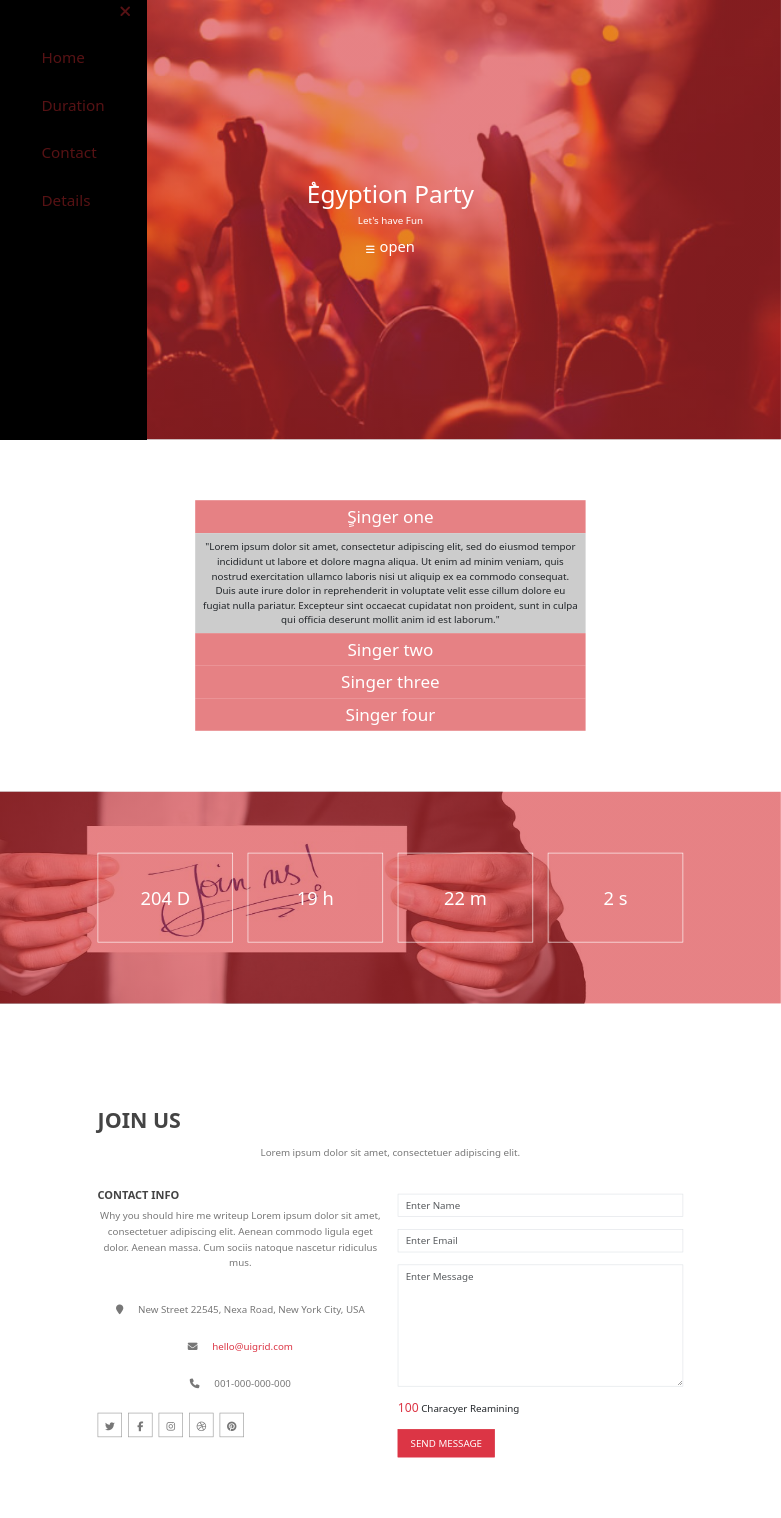
Repository: HagarYousry/jQuery
Page: index.html
An editor plug-in stored every save of this project. The page is shown before and after a run of saves, followed by the edit.
The browser window is 1280 px wide. The pictures show the whole page, at 61% of full size.
The pointer rests on the first visible `#sideNav`.

Above is the page before, as saved 2024-07-25 19:19:07.

### index.html
<!DOCTYPE html>
<html lang="en">

<head>
    <meta charset="UTF-8">
    <meta name="viewport" content="width=device-width, initial-scale=1.0">
    <title>Egyption party</title>
    <!-- web fonts  -->
    <link rel="stylesheet" href="css/all.min.css">
    <!-- bootstrap -->
    <link rel="stylesheet" href="css/bootstrap.min.css">
    <!-- main css -->
    <link rel="stylesheet" href="css/main.css">
</head>

<body>
    <div id="home">

            <div id="sideNav" class="bg-black p-5">
                    <a class="p-0 closeIcon">
                        <i class="fa-solid fa-xmark "></i>
                    </a>
                     <a class="sideNav-link mt-2" href="#home">Home</a>
                     <a class="sideNav-link" href="#Acordion">Duration</a>
                     <a class="sideNav-link" href="#contact">Contact</a>
                     <a class="sideNav-link" href="#count">Details</a>
            </div>

            <div class="home-title d-flex justify-content-center align-items-center flex-column vh-100 text-white">
                <h1>ُEgyption Party</h1>
                <p>Let's have Fun</p>
                <span class="d-flex align-items-center">
                    <i class=" fa-solid fa-bars"></i>
                    <h4 class="ms-2">open</h4>
                </span>
            </div>


    </div>










    <!-- ! start sideNav section -->
    <!-- <section id="sideNav">
        <div class="navAnchor bg-black">
            <ul>
                <li class="p-0 closeIcon">
                    <i class="fa-solid fa-xmark "></i>
                </li>
                 <li ><a class="sideNav-link" href="#home">Home</a></li>
                 <li ><a class="sideNav-link" href="#Acordion">Duration</a></li>
                 <li ><a class="sideNav-link" href="#contact">Contact</a></li>
                 <li ><a class="sideNav-link" href="#count">Details</a></li>
            </ul>
        </div>

        <div class="navIcon align-self-center bg-danger bg-opacity-50 m-1 text-white p-2">
            <div class="navIcon-content d-flex align-items-center">
                <i class="fa-solid fa-bars"></i>
                <h4 class="ms-2">open</h4>
            </div>
        </div>
    </section> -->
    <!--! end sideNav section -->

    <!--! start header section  -->
    <!-- <header id="home" class="d-flex justify-content-center align-items-center flex-column">
        <div class="home-content text-center text-white">
            <h1>ُEgyption Party</h1>
            <p>Let's have Fun</p>
        </div>
    </header> -->
    <!--! end header section  -->

    <!-- start Acordion section  -->
    <section id="Acordion" class="text-center">

        <div class="container-fluid w-50 ">
            <h3 class="toggle ">ٍSinger one</h3>
            <div class="inner first">"Lorem ipsum dolor sit amet, consectetur adipiscing elit, sed do eiusmod tempor
                incididunt ut labore et dolore magna aliqua. Ut enim ad minim veniam, quis nostrud exercitation ullamco
                laboris nisi ut aliquip ex ea commodo consequat. Duis aute irure dolor in reprehenderit in voluptate
                velit
                esse cillum dolore eu fugiat nulla pariatur. Excepteur sint occaecat cupidatat non proident, sunt in
                culpa
                qui officia deserunt mollit anim id est laborum."
            </div>


            <h3 class="toggle">Singer two</h3>
            <div class="inner">"Sed ut perspiciatis unde omnis iste natus error sit voluptatem accusantium doloremque
                laudantium, totam rem aperiam, eaque ipsa quae ab illo inventore veritatis et quasi architecto beatae
                vitae
                dicta sunt explicabo. Nemo enim ipsam voluptatem quia voluptas sit aspernatur aut odit aut fugit, sed
                quia
                consequuntur magni dolores eos qui ratione voluptatem sequi nesciunt. Neque porro quisquam est, qui
                dolorem
                ipsum quia dolor sit amet, consectetur, adipisci velit, sed quia non numquam eius modi tempora incidunt
                ut
                labore et dolore magnam aliquam quaerat voluptatem. Ut enim ad minima veniam, quis nostrum
                exercitationem
                ullam corporis suscipit laboriosam, nisi ut aliquid ex ea commodi consequatur? Quis autem vel eum iure
                reprehenderit qui in ea voluptate velit esse quam nihil molestiae consequatur, vel illum qui dolorem eum
                fugiat quo voluptas nulla pariatur?"
            </div>


            <h3 class="toggle">Singer three</h3>
            <div class="inner">"But I must explain to you how all this mistaken idea of denouncing pleasure and praising
                pain was born and I will give you a complete account of the system, and expound the actual teachings of
                the
                great explorer of the truth, the master-builder of human happiness. No one rejects, dislikes, or avoids
                pleasure itself, because it is pleasure, but because those who do not know how to pursue pleasure
                rationally
                encounter consequences that are extremely painful. Nor again is there anyone who loves or pursues or
                desires
                to obtain pain of itself, because it is pain, but because occasionally circumstances occur in which toil
                and
                pain can procure him some great pleasure. To take a trivial example, which of us ever undertakes
                laborious
                physical exercise, except to obtain some advantage from it? But who has any right to find fault with a
                man
                who chooses to enjoy a pleasure that has no annoying consequences, or one who avoids a pain that
                produces no
                resultant pleasure?"
            </div>


            <h3 class="toggle">Singer four</h3>
            <div class="inner">"At vero eos et accusamus et iusto odio dignissimos ducimus qui blanditiis praesentium
                voluptatum deleniti atque corrupti quos dolores et quas molestias excepturi sint occaecati cupiditate
                non
                provident, similique sunt in culpa qui officia deserunt mollitia animi, id est laborum et dolorum fuga.
                Et
                harum quidem rerum facilis est et expedita distinctio. Nam libero tempore, cum soluta nobis est eligendi
                optio cumque nihil impedit quo minus id quod maxime placeat facere possimus, omnis voluptas assumenda
                est,
                omnis dolor repellendus. Temporibus autem quibusdam et aut officiis debitis aut rerum necessitatibus
                saepe
                eveniet ut et voluptates repudiandae sint et molestiae non recusandae. Itaque earum rerum hic tenetur a
                sapiente delectus, ut aut reiciendis voluptatibus maiores alias consequatur aut perferendis doloribus
                asperiores repellat."

            </div>

        </div>
    </section>
    <!-- end Acordion section  -->

    <!-- start count section  -->
    <section id="count">
        <div class="container-fluid w-75 text-center text-white">
            <div class="row">
                <div class="col-md-3">
                    <div class="time">
                        <span class="days">00</span>
                    </div>
                </div>

                <div class="col-md-3">
                    <div class="time">
                        <span class="hours">00</span>
                    </div>
                </div>

                <div class="col-md-3">
                    <div class="time">
                        <span class="minutes">00</span>
                    </div>
                </div>

                <div class="col-md-3">
                    <div class="time">
                        <span class="seconds">00</span>
                    </div>
                </div>

            </div>
        </div>
    </section>
    <!-- end count section  -->

    <!-- start contact-us section  -->
    <section id="contact">
        <div class="container-fluid w-75">
            <div class="head">
                <h2 class="text-uppercase fw-bold">Join Us</h2>
                <p class="text-center">Lorem ipsum dolor sit amet, consectetuer adipiscing elit.</p>
            </div>
            <div class="row mt-5">
                <div class="col-md-6">
                    <div class="col-info">
                        <h3 class="text-uppercase">CONTACT INFO</h3>
                        <p class="text-center">Why you should hire me writeup Lorem ipsum dolor sit amet, consectetuer
                            adipiscing elit.
                            Aenean commodo ligula eget dolor. Aenean massa. Cum sociis natoque nascetur ridiculus mus.
                        </p>

                        <div class="icons text-center">
                            <p><i class="fa fa-map-marker"></i> New Street 22545, Nexa Road, New York City, USA</p>

                            <p class="text-danger"><i class="fa fa-envelope"></i> hello@uigrid.com</p>
                            <p><i class="fa fa-phone"></i> 001-000-000-000</p>
                        </div>

                        <div class="social d-flex align-items-center">

                            <i class="fab fa-twitter fa-fw"></i>
                            <i class="fab fa-facebook-f fa-fw"></i>
                            <i class="fab fa-instagram fa-fw"></i>
                            <i class="fab fa-dribbble fa-fw"></i>
                            <i class="fab fa-pinterest fa-fw"></i>

                        </div>
                    </div>
                </div>

                <div class="col-md-6">
                    <form>

                        <input class="form-control mt-2" type="text" placeholder="Enter Name">
                        <input class="form-control" type="email" placeholder="Enter Email">
                        <textarea class="form-control " placeholder="Enter Message"></textarea>
                        <span id="chars" class="text-danger">100</span> Characyer Reamining
                        <button class="btn btn-danger text-uppercase">Send Message</button>

                    </form>
                </div>
            </div>
        </div>
    </section>
    <!-- end contact-us section  -->


    <!-- jquery  -->
    <script src="js/jquery-3.7.1.min.js"></script>
    <!-- index js  -->
    <script src="js/index.js"></script>


</body>

</html>

### css/main.css
#home{
    height: 100vh;
    background-image: linear-gradient(rgba(214, 46, 51, 0.6), rgba(214, 46, 51, 0.6)),
        url(../imgs/events-heavenly-header.jpg);
    background-position: center;
    background-size: cover;
    background-repeat: no-repeat;
}

#sideNav {
    position: fixed;
    top: 0;
    bottom: 0;
    left: 0;
    display: flex;
    flex-direction: column;
    z-index: 9999;
}

#sideNav a{
    padding: 20px;
    text-decoration: none;
    font-size: 25px;
    color: #818181;
    display: block;
    color: white;
}

.closeIcon {
    position: absolute;
    top: 0;
    right: 25px;
    font-size: 26px;
    margin-left: 50px;
    color: white;
    padding-bottom: 10px;
}

#sideNav:hover a {
    color: rgba(214, 46, 51, 0.4);
}



/* #sideNav {
    position: fixed;
    top: 0;
    bottom: 0;
    left: 0;
    display: flex;
    z-index: 9999;
}

#sideNav .navAnchor {
    padding: 40px 0 0 0;
    position: relative;
}

#sideNav .navAnchor ul {
    padding: 0 20px 0 20px;
}

#sideNav .navAnchor ul li {
    padding: 25px;
    list-style: none;
    cursor: pointer;
}

#sideNav .navAnchor ul li:hover a {
    color: rgba(214, 46, 51, 0.4);
}

#sideNav .navAnchor ul li a {
    text-decoration: none;
    font-size: 25px;
    color: white;
    transition: 0.3s all;
}


.closeIcon {
    position: absolute;
    top: 0;
    right: 25px;
    font-size: 26px;
    margin-left: 50px;
    color: white;
}

.navIcon {
    border-radius: 20px 20px;
}

.navIcon i,
.navIcon h4 {
    font-size: 30px;
    cursor: pointer;
}

@media (max-width: 991.98px) {
    .navIcon {
        align-self: flex-start !important;
    }

    .navIcon .navIcon-content {
        flex-direction: column;
    }
}


header {
    height: 100vh;
    background-image: linear-gradient(rgba(214, 46, 51, 0.6), rgba(214, 46, 51, 0.6)),
        url(../imgs/events-heavenly-header.jpg);
    background-position: center;
    background-size: cover;
    background-repeat: no-repeat;
}

header h1 {
    font-size: 60px;
} */



/* start Acordion section  */
#Acordion {
    padding: 100px auto;
}

.toggle {
    background-color: rgba(214, 46, 51, 0.6);
    cursor: pointer;
    color: white;
    padding: 10px;
    margin: 0px;
}

.inner {
    background-color: rgb(204, 204, 204);
    display: none;
    padding: 10px;
}

#Acordion .first {
    display: block;
}

/* end Acordion section  */

/* start count section  */

#count {
    background-image: linear-gradient(rgba(214, 46, 51, 0.6), rgba(214, 46, 51, 0.6)), url(../imgs/invitation-2508607__340.jpg);
    background-repeat: no-repeat;
    background-position: center center;
    background-size: 100% 100%;
    position: relative;
}

.container-fluid {
    padding: 100px 0px;
}

.time {
    padding: 50px;
    border: 1px solid #FFF;
    font-weight: 500;
    font-size: 30px;
}

/* end count section  */

/* start contact-us section  */
#contact {
    margin-top: 70px;
}

#contact .head h2 {
    font-size: 35px;
    color: #444;
    margin-bottom: 20px;
}

#contact .head p {
    color: #777;
    font-weight: 300;
    font-size: 16px;
}

#contact .col-md-6 .col-info .icons {
    margin-top: 50px;
}

#contact .col-md-6 .col-info .icons p {
    margin-bottom: 35px;
}

#contact .col-md-6 .col-info h3 {
    color: #444;
    font-size: 18px;
    font-weight: 900;
}

#contact .col-md-6 .col-info p {
    font-size: 16px;
    line-height: 26px;
    color: #777;
}

#contact i {
    margin-right: 20px;
    color: #777;
}

#contact .col-md-6 .col-info .social i {
    margin-right: 10px;
    border: 1px solid #999;
    width: 40px;
    height: 40px;
    line-height: 42px;
    cursor: pointer;
    text-align: center;
    transition: 0.5s all;
}

#contact .col-md-6 .col-info .social i:hover {
    color: #fff;
    background-color: #D62E33;
    border: 1px solid #D62E33;
}

#contact .col-md-6 form input,
#contact .col-md-6 form textarea {
    margin-bottom: 20px;
    border-radius: 0;
}

#contact .col-md-6 form textarea {
    height: 200px;
    resize: vertical;
}

#contact .col-md-6 form button {
    padding: 10px 20px;
    border-radius: 0;
    margin-top: 20px;
    display: block;
}

#contact .col-md-6 form #chars {
    font-size: 20px;
}
/* end contact-us section  */

### js/index.js
/// <reference types="../@types/jquery"/>

// start sideNav section

const navAnchorwidth = $('.navAnchor').outerWidth(true);

// console.log(navAnchorwidth);

//! first: Close sideNav
$('#sideNav')
    .animate({ left: -navAnchorwidth }, 0);

let isOpen = false

//! second: on click "navIcon" ,toggle open & close sideNav
$('#sideNav .navIcon')
    .on('click', function () {
        let status;
        // = isOpen ? -navAnchorwidth : 0;
        if (isOpen) {
            status = -navAnchorwidth
            $('.home-content').animate({ marginLeft: 0 }, 1000)
        } else {
            status = 0
            $('.home-content').animate({ marginLeft: navAnchorwidth }, 1000)
        }
        isOpen = !isOpen;

        $(this).parent()
            .animate({ left: status }, 1000)

    })

//! closeIcon
$('.closeIcon')
    .on('click', function () {
        isOpen = !isOpen;
        $('#sideNav')
            .animate({ left: -navAnchorwidth }, 1000);
        $('.home-content').animate({ marginLeft: 0 }, 1000)
    })


//! scroll to sections
$('.sideNav-link[href^="#"]')
    .on('click', function () {
        const sectionId = $(this).attr('href');
        // console.log(section);
        //! get section top
        const sectionTop = $(sectionId).offset().top;
        // console.log(top);
        $('html , body')
            .animate({ scrollTop: sectionTop }, 2000)
    })

// end sideNav section

// start Acordion section
//! slideToggle effect
$('#Acordion .toggle').on('click', function () {
    //! slide up all inner except the one i clicked on
    $('.inner').not($(this).next()).slideUp(500);
    //! slide toggle
    $(this).next().slideToggle(500);
});
// end Acordion section

//start count section
$(window).on('load', function () {
    countDownTime("24 january 2025 00:00:00");
})


function countDownTime(countTo) {

    //! get countTo date
    let futureDate = new Date(countTo);
    futureDate = (futureDate.getTime() / 1000);
    // console.log(futureDate);

    //! get current date
    let now = new Date();
    // console.log(now);
    now = (now.getTime() / 1000);

    //! get the difference between current date and countTo date by sec
    timeDifference = (futureDate - now);

    //?(24 * 60 * 60) ==> num. of sec in day ==> 86400
    let days = Math.floor(timeDifference / 86400);
    let hours = Math.floor((timeDifference - (days * 86400)) / 3600);
    let mins = Math.floor((timeDifference - (days * 86400) - (hours * 3600)) / 60);
    let secs = Math.floor((timeDifference - (days * 86400) - (hours * 3600) - (mins * 60)))


    $(".days").html(`${days} D`);
    $(".hours").html(`${hours} h`);
    $(".minutes").html(`${mins} m`);
    $('.seconds').html(`${secs} s`)

    //! Repeating the Countdown Every Second
    setInterval(function () {
        countDownTime(countTo);
    }, 1000);
}
//end count section

//start contact-us section
let maxLength = 100;
$('textarea').on('keyup', function () {
    //! val as getter ==> lenght
    let length = $(this).val().length;
    // console.log(length);
    let AmountLeft = maxLength - length;
    console.log(AmountLeft);
    if (AmountLeft <= 0) {
        $("#chars").text("your available characters finished");
    }
    else {
        $("#chars").text(AmountLeft);
    }
});
//end contact-us section

Loaded but not shown: css/all.min.css (library); css/bootstrap.min.css (library); js/jquery-3.7.1.min.js (library)

After the next 2 saves:
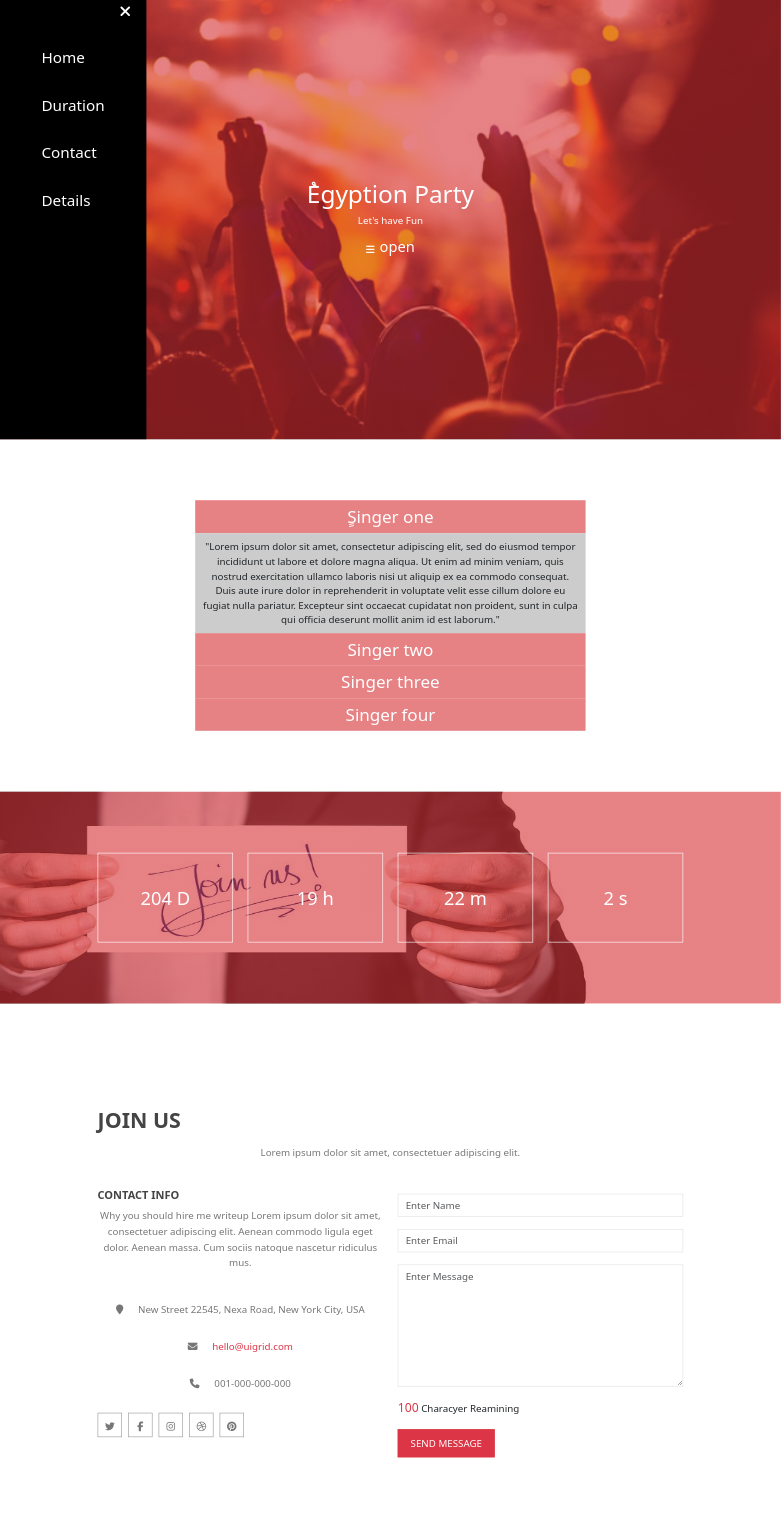
The 2 saves are shown as one change because they came seconds apart.
The last was saved 9 s later.
--- a/css/main.css
+++ b/css/main.css
@@ -36,7 +36,7 @@
     padding-bottom: 10px;
 }
 
-#sideNav:hover a {
+#sideNav a:hover {
     color: rgba(214, 46, 51, 0.4);
 }
 
